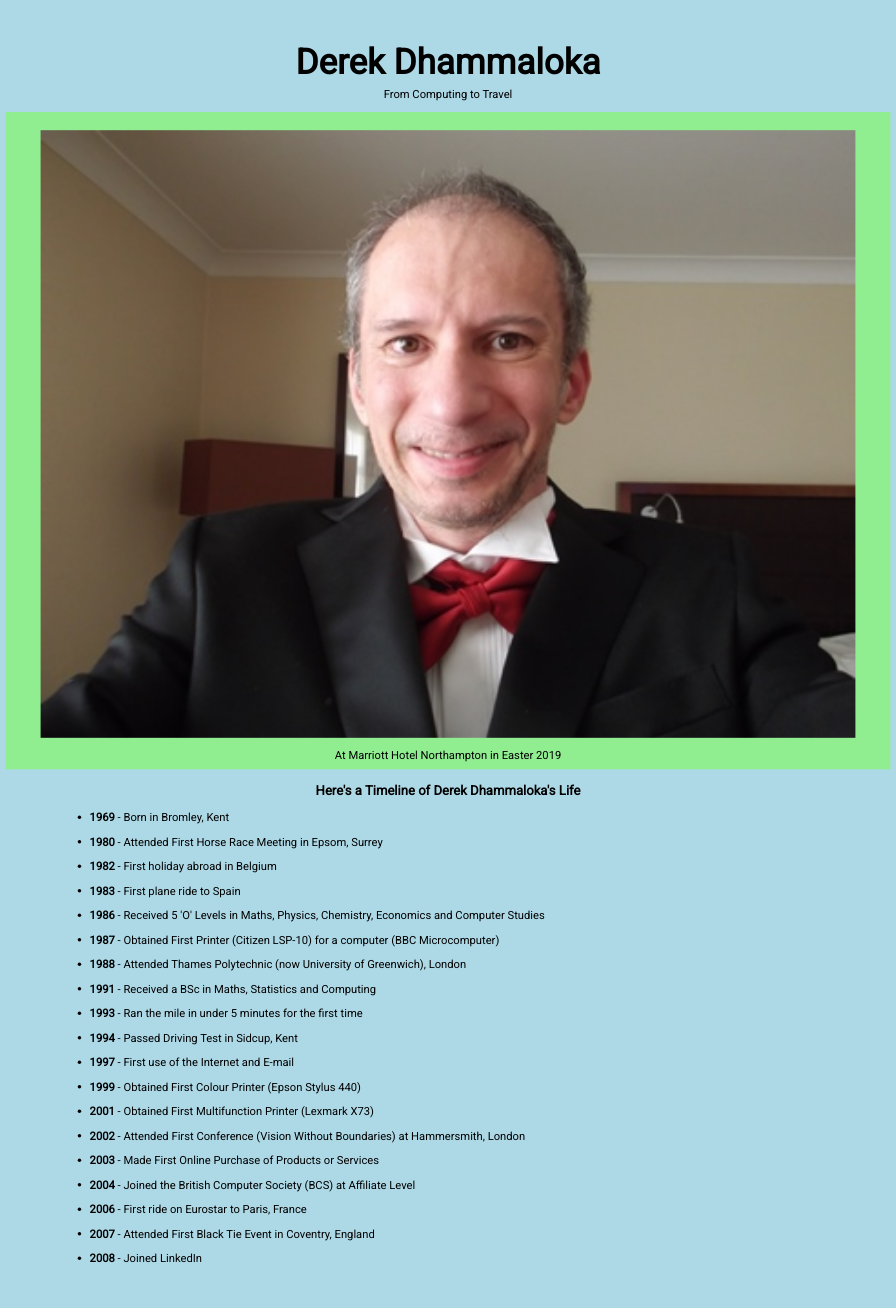
Repository: derektypist/tribute-page
Page: index.html
The author's editor kept a record of every edit. The page is drawn from the files as they stood at one moment, then again after the next edit.
The browser window is 1280 px wide. The pictures show the whole page, at 70% of full size.

Above is the page before.

After the next edit:
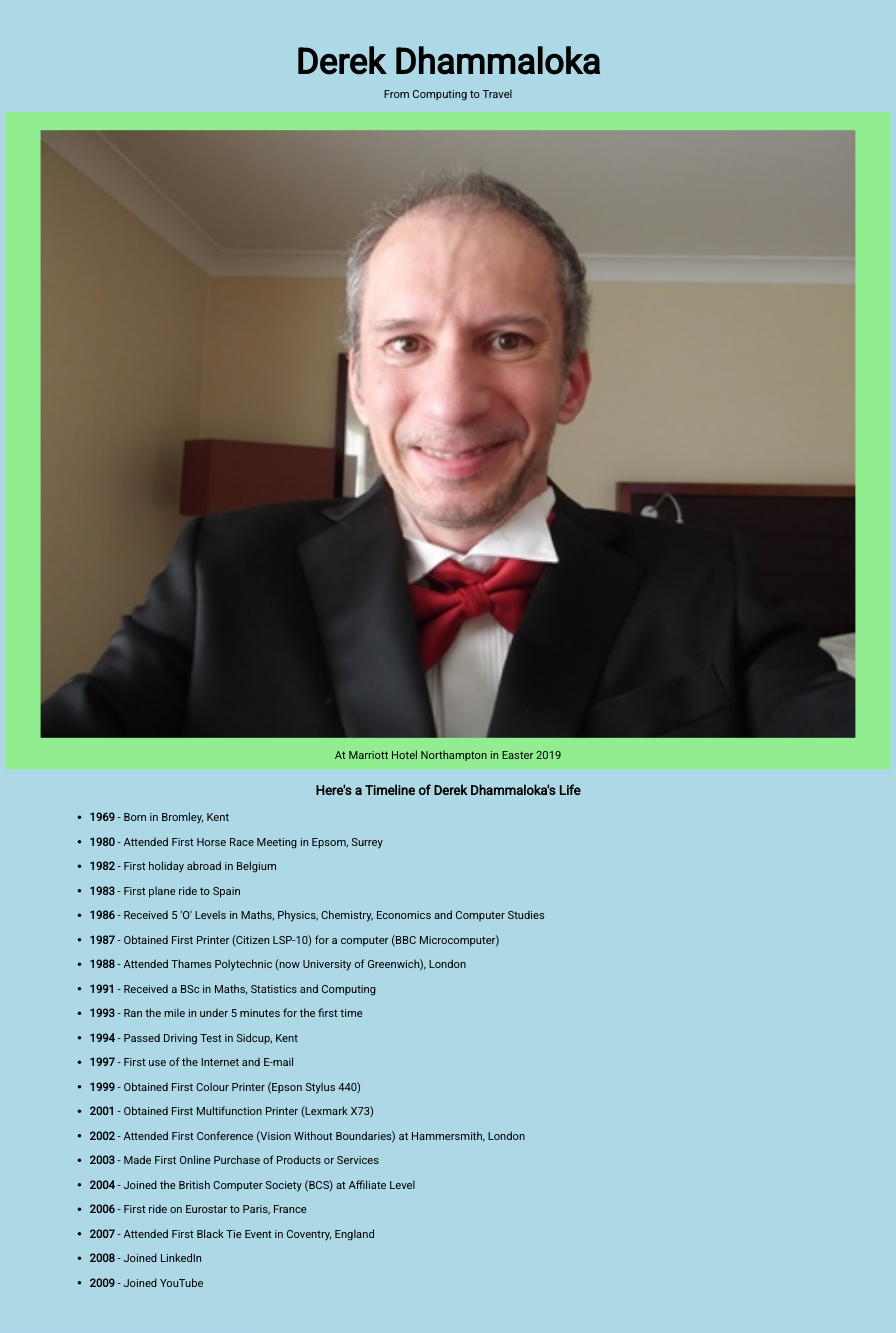
The edit:
--- a/index.html
+++ b/index.html
@@ -174,7 +174,7 @@
 
                 <!-- Display Information for 2009 -->
                 <ul>
-
+                    <li><strong>2009 </strong>- Joined YouTube</li>
                 </ul>
                 <br>
 
